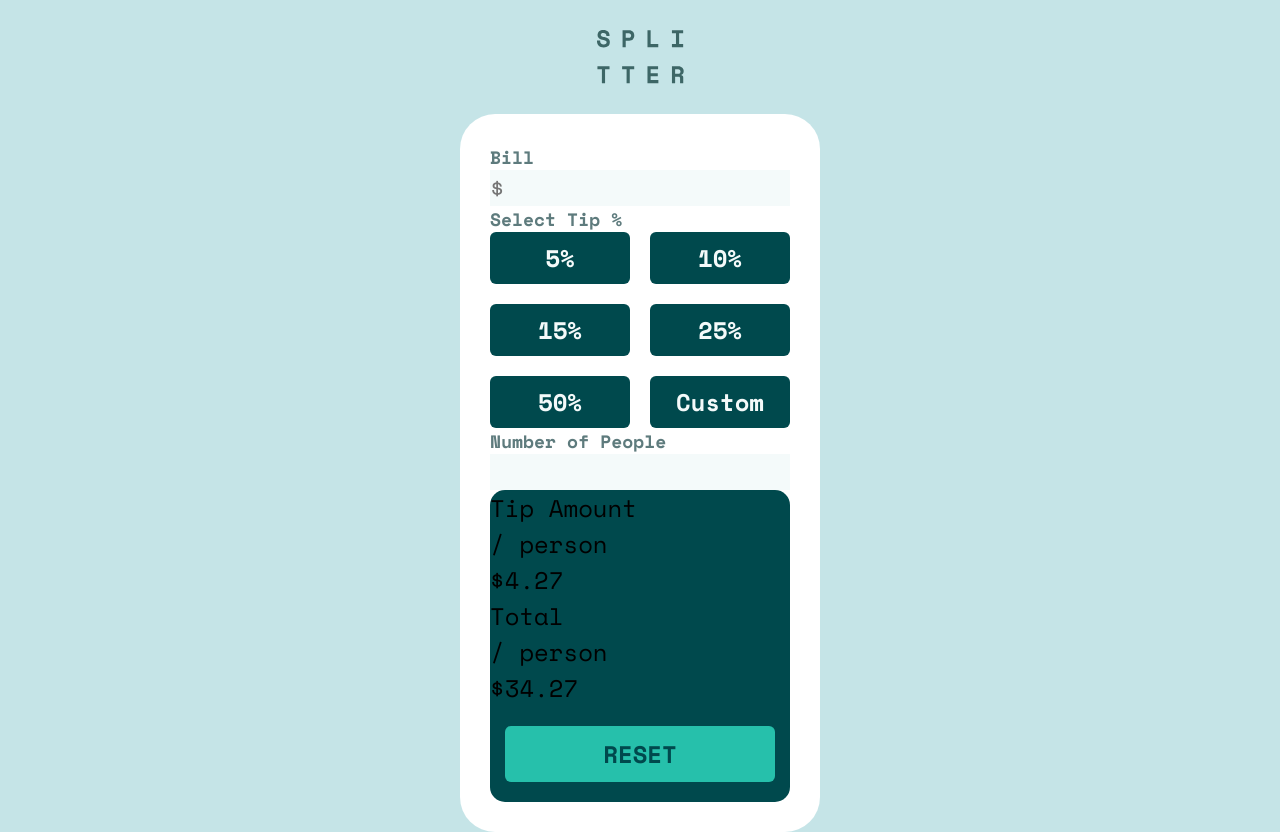
Repository: tomas938/tipcalculator
Page: /
These files come from the project's save history. The page is drawn as it stood at one moment and after the next save; the edit follows.
The browser window is 1280 px wide. The pictures show the whole page.
The project was rebuilt for these pictures with package versions that can differ from the ones it lists, and the page was loaded fresh each time.

Above is the page before, as saved 2021-08-03 22:34:50.

After the next save:
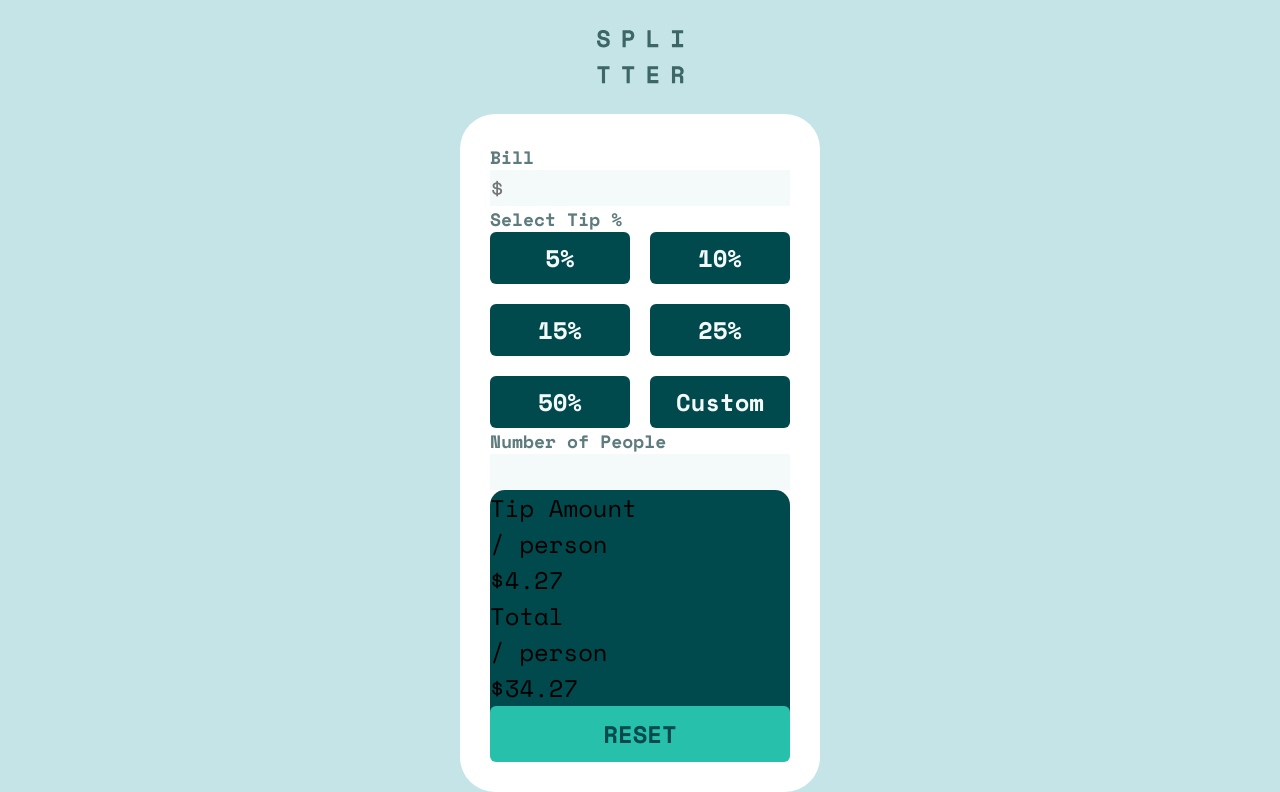
Saved 19 s later.
--- a/src/components/Splitter.vue
+++ b/src/components/Splitter.vue
@@ -87,8 +87,6 @@ export default {};
 		border-radius: 15px;
 		background-color: hsl(183, 100%, 15%);
 		button {
-			width: 90%;
-			margin: 20px auto;
 			border-radius: 6px;
 			padding: 10px 0;
 			font-weight: 700;
